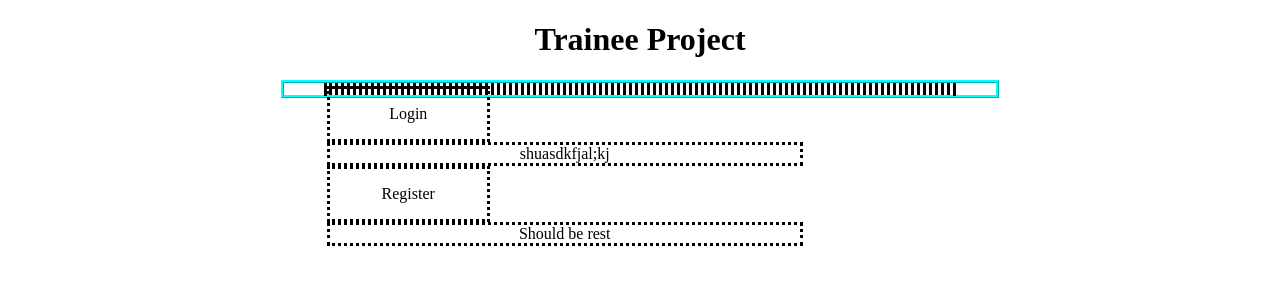
Repository: LsCodeMaster/Training
Page: Trainee/WebContent/trainee.html
The author's editor kept a copy of each file at every save. The page is drawn from the files as they stood at one save, then again after the next save.
The browser window is 1280 px wide. The pictures show the whole page.

Above is the page before, as saved 2015-09-15 10:24:07.

After the next save:
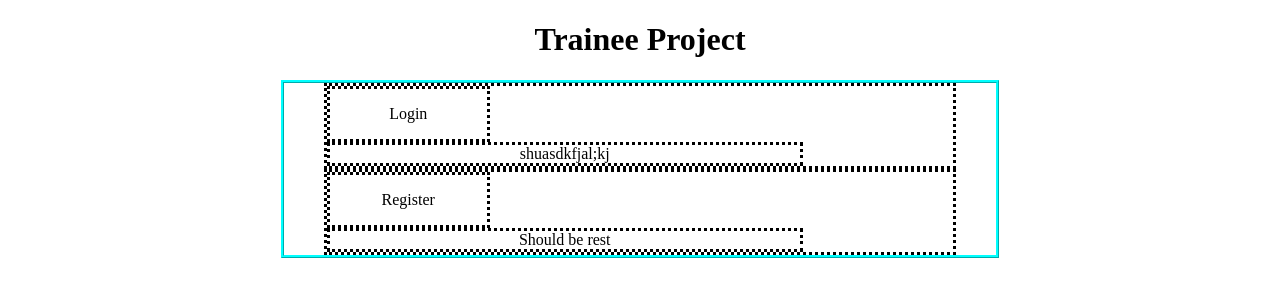
Saved 15 s later.
--- a/Trainee/WebContent/css/style.css
+++ b/Trainee/WebContent/css/style.css
@@ -12,11 +12,9 @@
 	text-align: center;
 }
 .loginType{
-	float: left;
 	width: 25%;
 }
 .loginInfo{
-	float: left;
 	width:75%;
 }
 h1{
